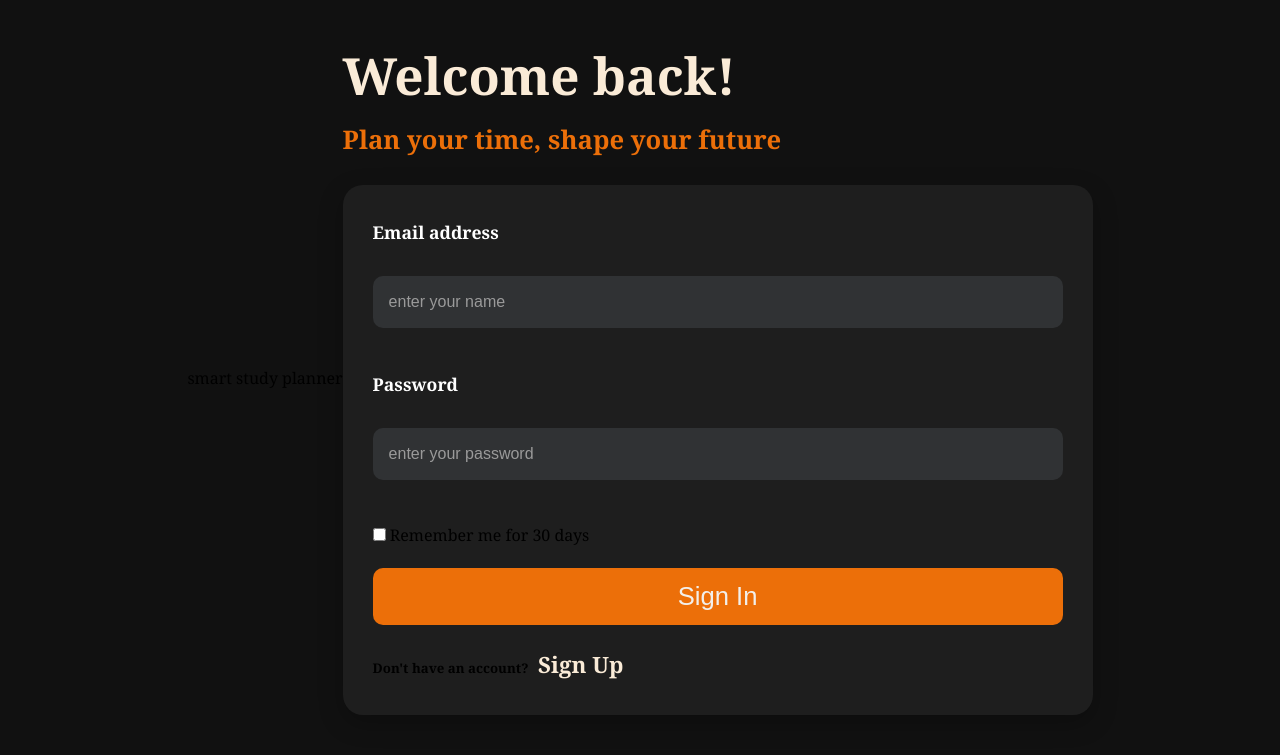
Repository: HaifaBaderBinDuhaim/web
Page: Frontend/logIn.html
These files come from the project's save history. The page is drawn as it stood at one moment and after the next save; the edit follows.
The browser window is 1280 px wide. The pictures show the whole page.

Above is the page before, as saved 2026-04-07 03:12:47.

### Frontend/logIn.html
<!doctype html>

<!doctype html>
<html lang="en">
  <head>
    <meta charset="UTF-8" />
    <tilte>smart study planner</tilte>
    <link rel="stylesheet" href="styleLogin.css" />
  </head>
  <body class="body">
    <article class="register">
      <h1 class="header1">Welcome back!</h1>
      <h3 class="quote">Plan your time, shape your future</h3>
      <nav class="background">
        <form>
          <label for="email" class="labels">Email address</label><br />
          <input
            id="email"
            name="email"
            type="text"
            placeholder="enter your name"
            class="whiteButton"
          /><br />
          <br />
          <label for="password" class="labels">Password</label><br />
          <input
            id="password"
            name="password"
            type="password"
            placeholder="enter your password"
            class="whiteButton"
          /><br />
          <br />
          <input type="checkbox" id="reminder" />
          <lable for="reminder">Remember me for 30 days</lable><br />
          <br />
          <button type="button" class="button" onclick="goToPage()">
            Sign In
          </button>

          <script>
            function goToPage() {
              window.location.href = "courses2.html";
            }
          </script>
        </form>

        <h5>
          Don't have an account?
          <a href="register.html" alt="sign in" target="_blank" class="sign-up"
            >Sign Up</a
          >
        </h5>
      </nav>
    </article>
    <!-- <img
      src="studying .png"
      alt="studying"
      height="700"
      width="700"
      class="image"
    /> -->
  </body>
</html>

### Frontend/styleLogin.css
* {
  margin: 0;
  padding: 0;
  box-sizing: border-box;
}

body,
.body {
  min-height: 100vh;
  display: flex;
  justify-content: center;
  align-items: center;
  background-color: #111111;
  padding: 40px 20px;
  font-family: Georgia, "Times New Roman", serif;
}

.register {
  width: 100%;
  max-width: 750px;
}

.header1 {
  color: antiquewhite;
  font-size: clamp(2rem, 4vw, 3.5rem);
  margin-bottom: 12px;
}

.quote {
  color: #ec6f09;
  font-size: clamp(1.1rem, 2vw, 2rem);
  margin-bottom: 28px;
}

.background {
  width: 100%;
  background-color: #1e1e1e;
  border-radius: 20px;
  padding: 35px 30px;
  box-shadow: 0 8px 25px rgba(0, 0, 0, 0.25);
}

.form {
  width: 100%;
}

.labels {
  display: block;
  margin-bottom: 10px;
  color: #ffffff;
  font-weight: bold;
  font-size: 1.1rem;
}

.whiteButton {
  width: 100%;
  min-height: 52px;
  background-color: #303234;
  border-radius: 10px;
  border: none;
  color: antiquewhite;
  padding: 0 16px;
  font-size: 1rem;
  margin-bottom: 22px;
}

.whiteButton::placeholder {
  color: #9a9a9a;
}

.whiteButton:focus {
  outline: 2px solid #ec6f09;
}

.check-row {
  display: flex;
  align-items: center;
  gap: 10px;
  margin-bottom: 24px;
  flex-wrap: wrap;
}

.check-label {
  color: antiquewhite;
  font-size: 1rem;
}

.button {
  width: 100%;
  background-color: #ec6f09;
  padding: 14px 20px;
  border: none;
  border-radius: 10px;
  color: rgb(242, 239, 235);
  font-size: 1.6rem;
  cursor: pointer;
  transition: 0.3s ease;
  margin-bottom: 24px;
}

.button:hover {
  background-color: #ff7d12;
}

.account-text {
  color: antiquewhite;
  font-size: 1rem;
}

.sign-up {
  font-size: 1.4rem;
  text-decoration: none;
  color: antiquewhite;
  font-weight: bold;
  margin-left: 6px;
}

.sign-up:hover {
  text-decoration: underline;
  color: #ffffff;
}

/* Tablet */
@media (max-width: 768px) {
  .register {
    max-width: 600px;
  }

  .background {
    padding: 28px 22px;
  }

  .button {
    font-size: 1.3rem;
  }
}

/* Mobile */
@media (max-width: 480px) {
  body,
  .body {
    padding: 25px 14px;
  }

  .background {
    padding: 22px 16px;
    border-radius: 16px;
  }

  .labels {
    font-size: 1rem;
  }

  .whiteButton {
    min-height: 46px;
    font-size: 0.95rem;
  }

  .button {
    font-size: 1.1rem;
    padding: 12px;
  }

  .sign-up {
    font-size: 1.1rem;
  }
}
/*
styling for sidebar
======================================================================*/

.body-sidebare {
  background-color: #111111;
  font-family: Arial, sans-serif;
  min-height: 100vh;
  padding: 30px;
}

.sidebar {
  width: 260px;
  min-height: 100vh;
  background-color: #1e1e1e;
  color: white;
  padding: 25px 18px;
  border-radius: 20px;
}

.logo {
  display: flex;
  align-items: center;
  gap: 12px;
  margin-bottom: 35px;
  font-size: 28px;
  font-weight: bold;
}

.logo svg {
  width: 22px;
  height: 22px;
  color: #b197fc;
}

.menu {
  display: flex;
  flex-direction: column;
  gap: 8px;
}

.item {
  display: flex;
  align-items: center;
  gap: 12px;
  padding: 12px 14px;
  border-radius: 12px;
  cursor: pointer;
  transition: 0.3s;
  color: #d1d1d1;
}

.item:hover {
  background-color: #2a2a2a;
  color: white;
}

.item svg {
  width: 20px;
  height: 20px;
}
.link {
  text-decoration: none;
  color: antiquewhite;
}
.link:hover {
  text-decoration: underline;
  font-size: 17px;
}

/* ======================================================================================= */

After the next save:
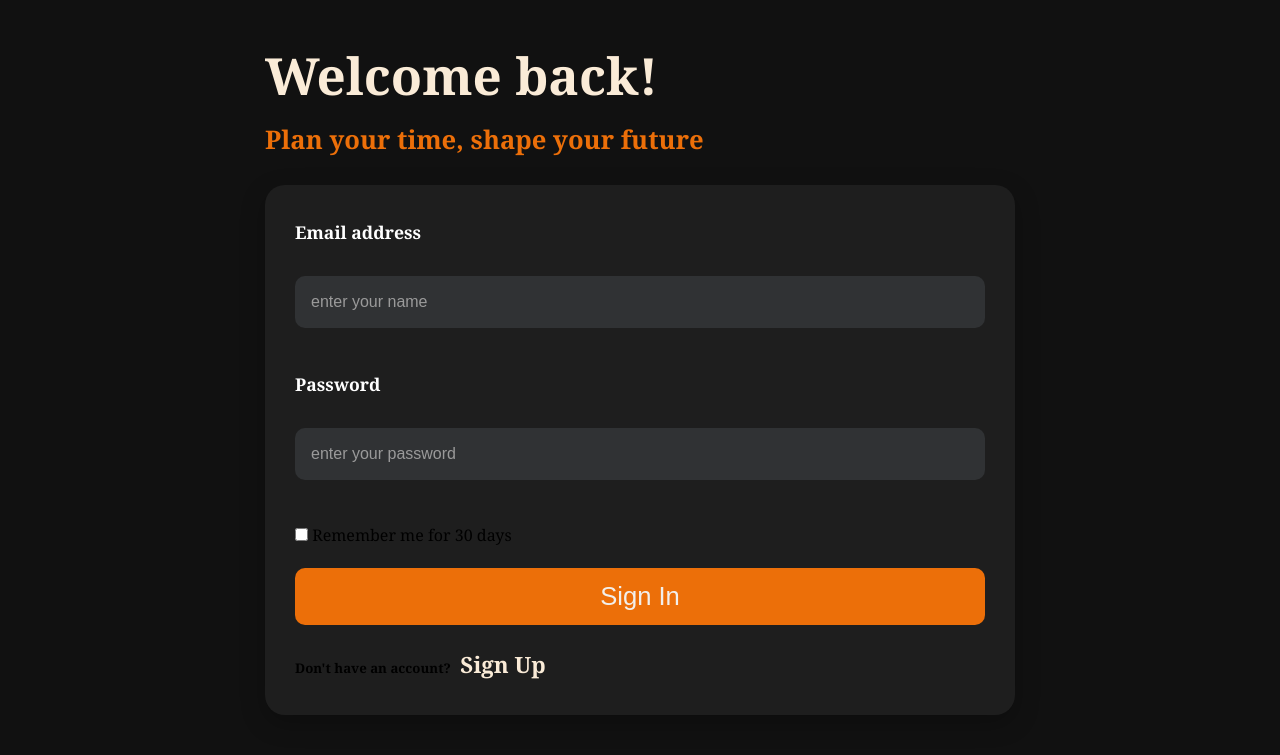
Saved 31 s later.
--- a/Frontend/logIn.html
+++ b/Frontend/logIn.html
@@ -4,7 +4,7 @@
 <html lang="en">
   <head>
     <meta charset="UTF-8" />
-    <tilte>smart study planner</tilte>
+    <title>smart study planner</title>
     <link rel="stylesheet" href="styleLogin.css" />
   </head>
   <body class="body">
